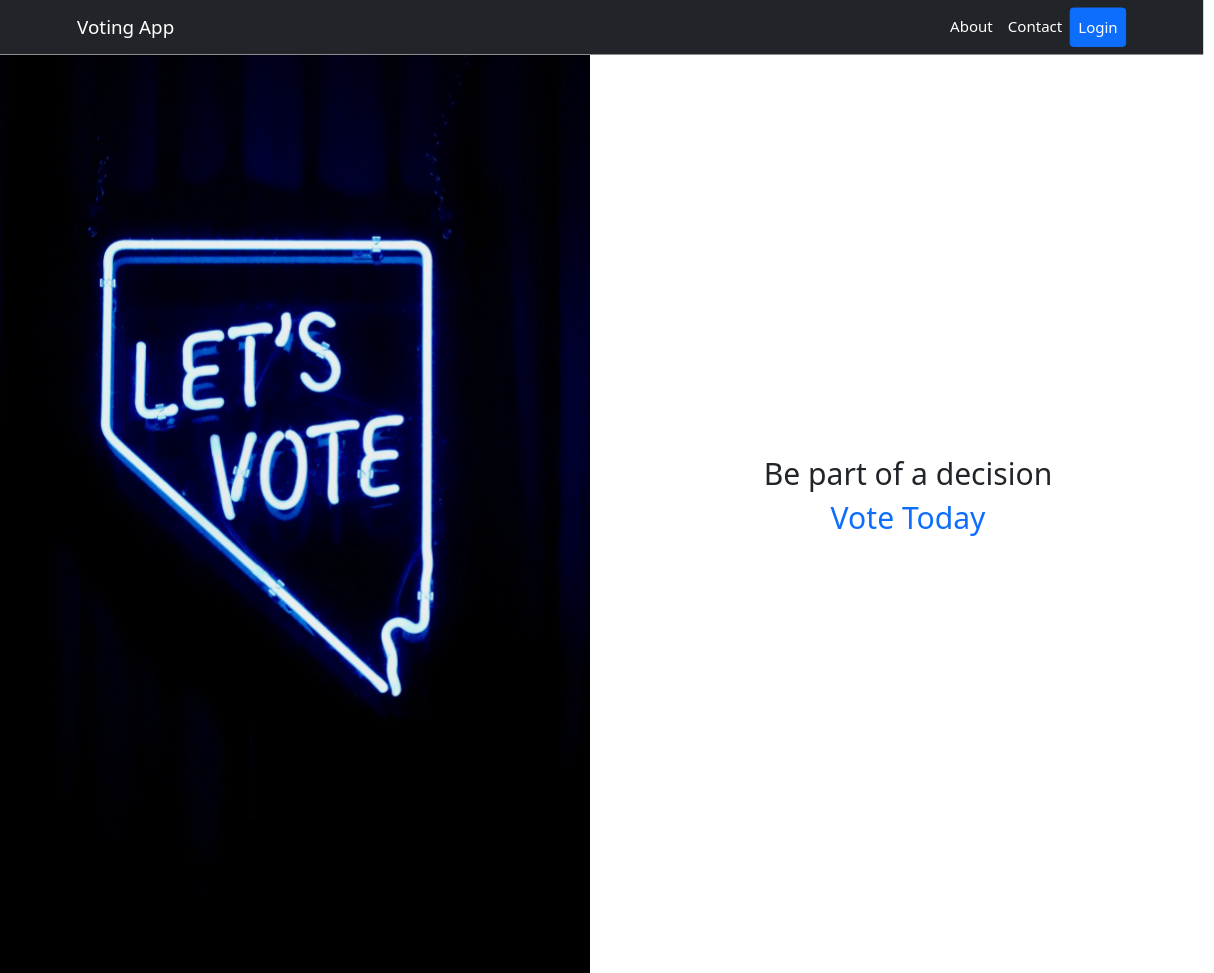
Repository: DavidManiIbrahim/Voting-app
Page: index.html
An editor plug-in stored every save of this project. The page is shown before and after the next save, followed by the edit.
The browser window is 1280 px wide. The page is 1292 px wide, so the pictures cover 1292 px, including what lies to the right of the window. The pictures show the whole page, at 94% of full size.

Above is the page before, as saved 2025-01-18 03:40:24.

After the next save:
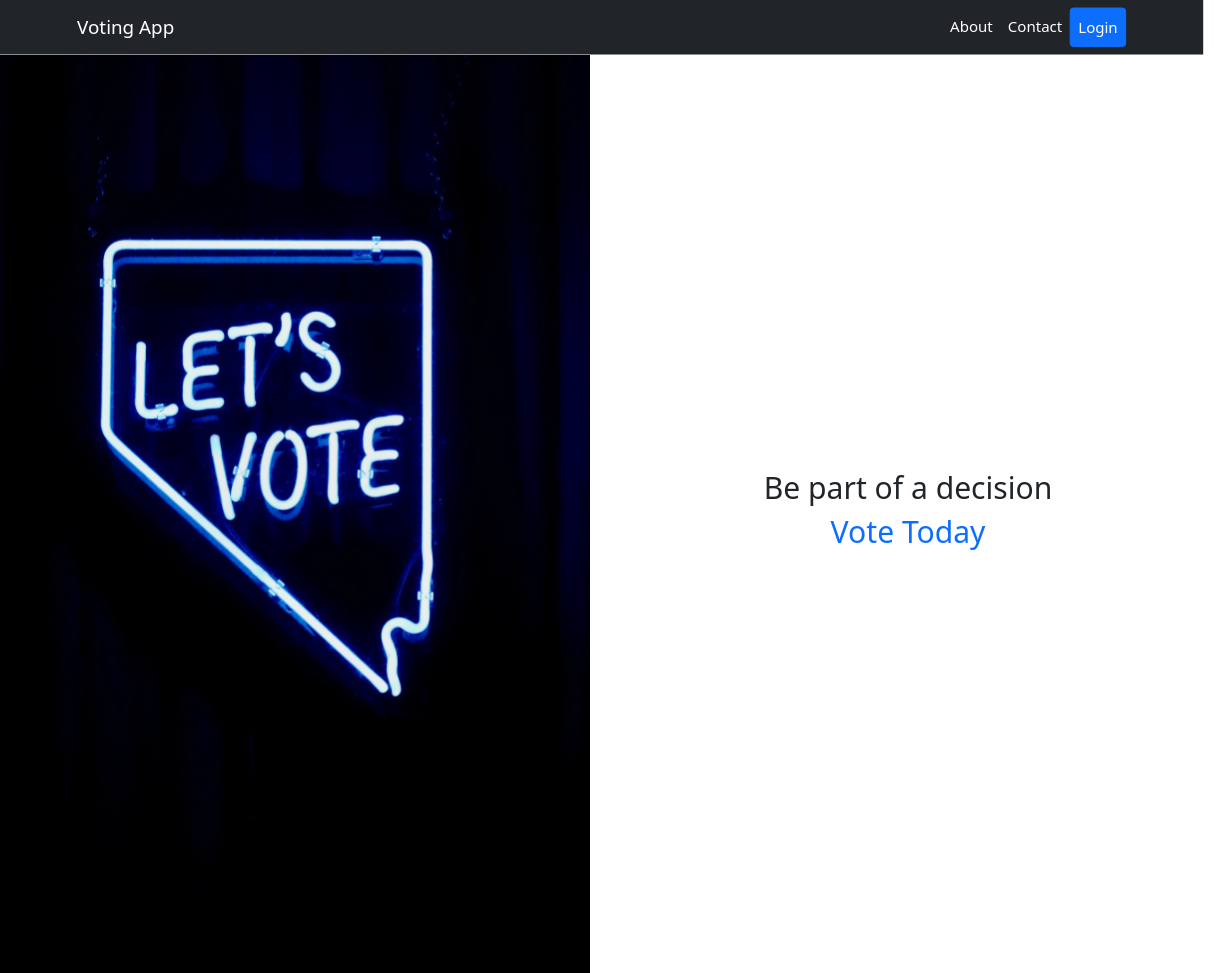
Saved 7 s later.
--- a/index.html
+++ b/index.html
@@ -39,7 +39,7 @@
         <div class="container-fluid text-center lead m-auto" id="content">
             <h2>Be part of a decision</h2>
             <h2 class="text-primary">Vote Today</h2>
-            <div class="btn"></div>
+            <div class="n"></div>
         </div>
     </div>
 </div>
